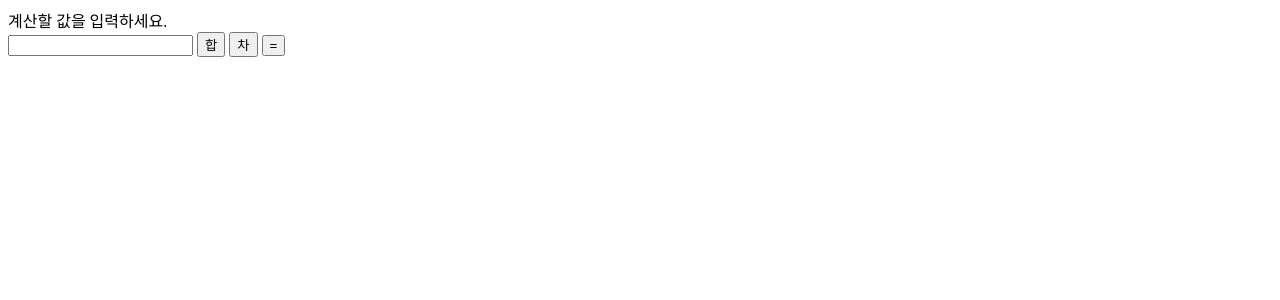
Repository: kwondam/servlet
Page: workspace/JSPPrj/WebContent/calc3.html
These files come from the project's save history. The page is drawn as it stood at one moment and after the next save; the edit follows.
The browser window is 1280 px wide. The pictures show the whole page.

Above is the page before, as saved 2020-03-25 15:26:46.

After the next save:
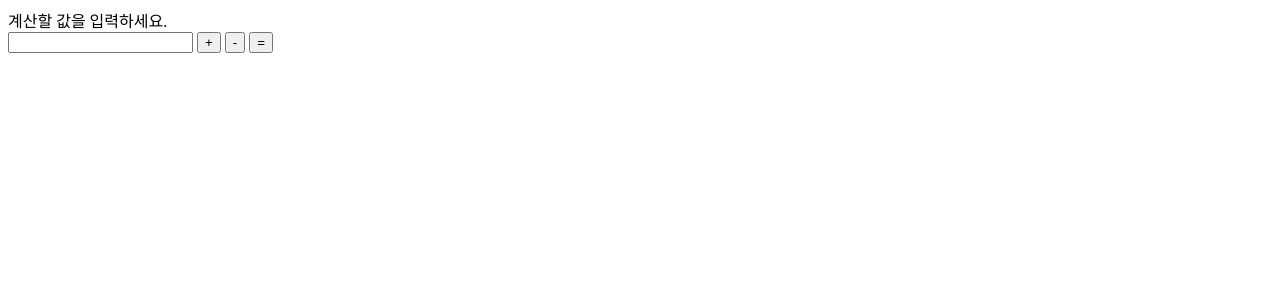
Saved 36 s later.
--- a/workspace/JSPPrj/WebContent/calc3.html
+++ b/workspace/JSPPrj/WebContent/calc3.html
@@ -9,8 +9,8 @@
 	<div> 계산할 값을 입력하세요.</div>
 	<div>
 		<input type="text" name="v"/>
-		<input type="submit" name="operator" value="합"/>
-		<input type="submit" name="operator" value="차"/>
+		<input type="submit" name="operator" value="+"/>
+		<input type="submit" name="operator" value="-"/>
 		<input type="submit" name="operator" value="="/>
 	</div>
 	</form>
